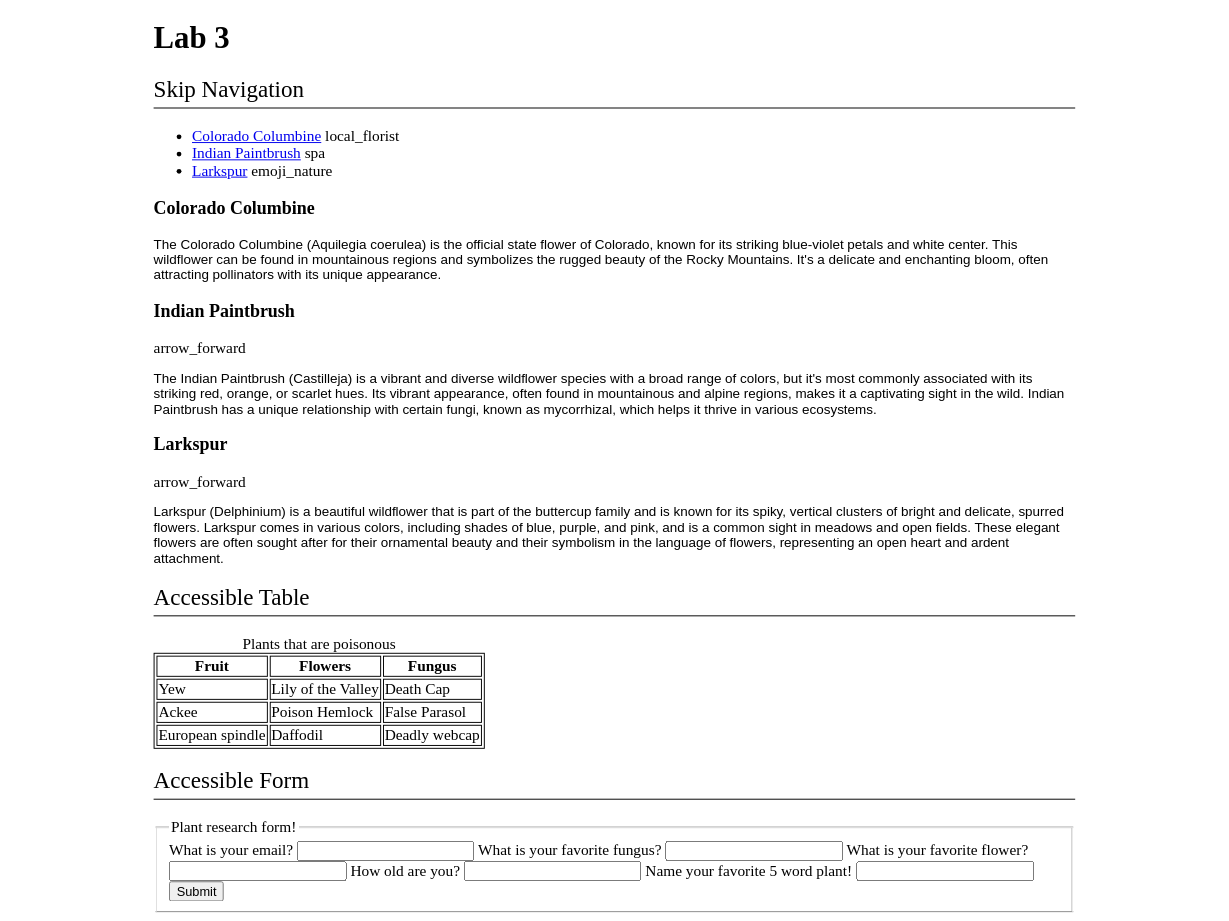
Repository: ethan-schrauf/UniversalDesignWebsite
Page: lab3.html
The author's editor kept a copy of each file at every save. The page is drawn from the files as they stood at one save, then again after the next save.
The browser window is 1280 px wide. The pictures show the whole page, at 96% of full size.

Above is the page before, as saved 2023-10-16 18:03:26.

After the next save:
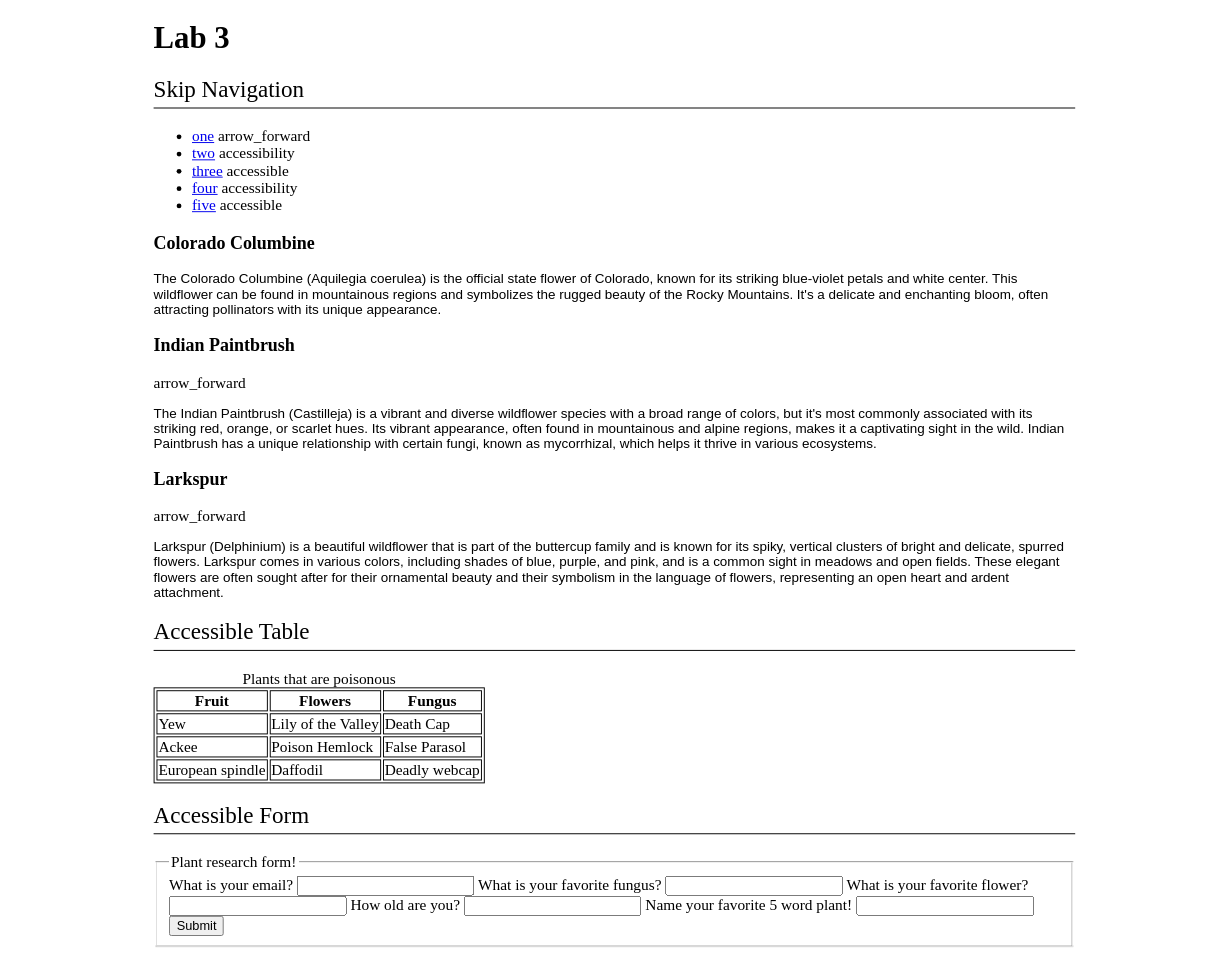
Saved 61 s later.
--- a/lab3.html
+++ b/lab3.html
@@ -18,7 +18,7 @@
             </header>
         <!-- SKIP NAVIGATION -->
         <h2>Skip Navigation</h2>
-        <nav>
+        <!-- <nav>
             <ul>
                 <li><a href="#colorado-columbine">Colorado Columbine</a> <span aria-hidden="true"
                         class="material-icons">local_florist</span></li>
@@ -27,7 +27,16 @@
                 <li><a href="#larkspur">Larkspur</a> <span aria-hidden="true"
                         class="material-symbols-outlined">emoji_nature</span></li>
             </ul>
-        </nav>
+        </nav> -->
+        <nav>
+            <ul>
+              <li><a href="#one">one</a> <span aria-hidden=”true” class="material-icons">arrow_forward</span></li>
+              <li><a href="#two">two</a> <span aria-hidden=”true” class="material-icons">accessibility</span></li>
+              <li><a href="#three">three</a> <span aria-hidden=”true” class="material-icons">accessible</span></li>
+              <li><a href="#four">four</a> <span aria-hidden=”true” class="material-icons">accessibility</span></li>
+              <li><a href="#five">five</a> <span aria-hidden=”true” class="material-icons">accessible</span></li>
+            </ul>
+          </nav>
         <section id="colorado-columbine">
             <h3>Colorado Columbine</h3>
 

After the save that followed:
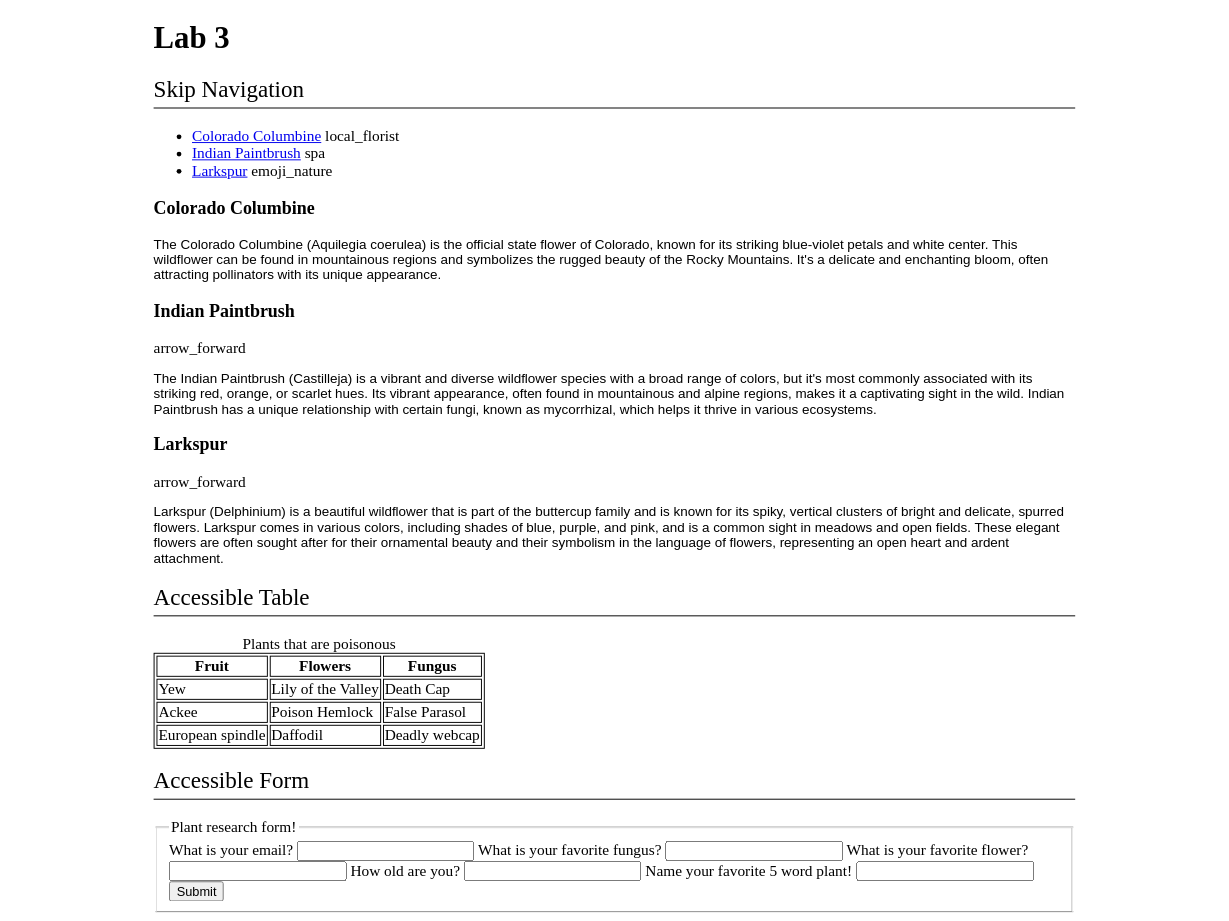
Saved 99 s later.
--- a/lab3.html
+++ b/lab3.html
@@ -18,7 +18,7 @@
             </header>
         <!-- SKIP NAVIGATION -->
         <h2>Skip Navigation</h2>
-        <!-- <nav>
+        <nav>
             <ul>
                 <li><a href="#colorado-columbine">Colorado Columbine</a> <span aria-hidden="true"
                         class="material-icons">local_florist</span></li>
@@ -27,16 +27,7 @@
                 <li><a href="#larkspur">Larkspur</a> <span aria-hidden="true"
                         class="material-symbols-outlined">emoji_nature</span></li>
             </ul>
-        </nav> -->
-        <nav>
-            <ul>
-              <li><a href="#one">one</a> <span aria-hidden=”true” class="material-icons">arrow_forward</span></li>
-              <li><a href="#two">two</a> <span aria-hidden=”true” class="material-icons">accessibility</span></li>
-              <li><a href="#three">three</a> <span aria-hidden=”true” class="material-icons">accessible</span></li>
-              <li><a href="#four">four</a> <span aria-hidden=”true” class="material-icons">accessibility</span></li>
-              <li><a href="#five">five</a> <span aria-hidden=”true” class="material-icons">accessible</span></li>
-            </ul>
-          </nav>
+        </nav>
         <section id="colorado-columbine">
             <h3>Colorado Columbine</h3>
 
